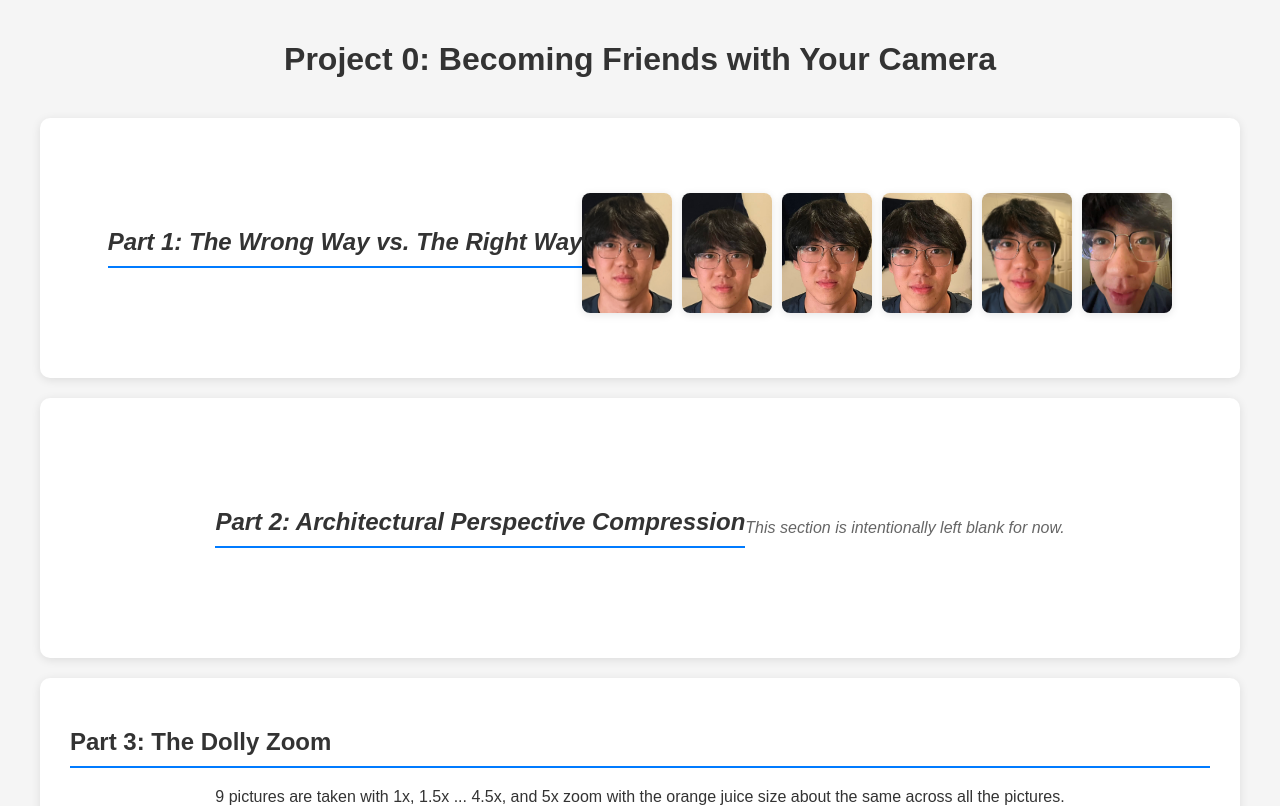
Repository: shuo-yuan/shuo-yuan.github.io
Page: 0/index.html
The author's editor kept a copy of each file at every save. The page is drawn from the files as they stood at one save, then again after a run of saves.
The browser window is 1280 px wide. The pictures show the part of the page from y = 0 to 806 px (the page is 1200 px tall before and 1460 px after).
A picture or video elsewhere on the page could not be fetched, so the positions and the page height are approximate.

Above is the page before, as saved 2025-09-02 02:09:52.

### 0/index.html
<!DOCTYPE html>
<html lang="en">
<head>
    <meta charset="UTF-8">
    <meta name="viewport" content="width=device-width, initial-scale=1.0">
    <title>Project 0: Becoming Friends with Your Camera</title>
    <style>
        body {
            font-family: Arial, sans-serif;
            max-width: 1200px;
            margin: 0 auto;
            padding: 20px;
            background-color: #f5f5f5;
        }

        .part {
            background: white;
            margin: 20px 0;
            padding: 30px;
            border-radius: 10px;
            box-shadow: 0 2px 10px rgba(0,0,0,0.1);
        }

        .part h2 {
            color: #333;
            border-bottom: 2px solid #007bff;
            padding-bottom: 10px;
            margin-bottom: 20px;
        }

        .part1, .part2 {
            min-height: 200px;
            display: flex;
            align-items: center;
            justify-content: center;
            color: #666;
            font-style: italic;
        }

        .gif-container {
            text-align: center;
        }

        .gif-container img {
            max-width: 60%;
            height: auto;
            border-radius: 8px;
            box-shadow: 0 4px 15px rgba(0,0,0,0.2);
        }

        .gif-container p {
            margin-top: 15px;
            color: #666;
            font-size: 14px;
        }

        .selfie-row {
            display: flex;
            justify-content: center;
            align-items: center;
            gap: 10px;
            margin: 30px 0 20px 0;
            flex-wrap: wrap;
        }

        .selfie-row img {
            max-width: 120px;
            max-height: 120px;
            width: auto;
            height: auto;
            border-radius: 8px;
            box-shadow: 0 2px 8px rgba(0,0,0,0.1);
            object-fit: cover;
        }
    </style>
</head>
<body>
    <h1 style="text-align: center; color: #333; margin-bottom: 40px;">Project 0: Becoming Friends with Your Camera</h1>

    <div class="part part1">
        <h2>Part 1: The Wrong Way vs. The Right Way</h2>
        <div class="selfie-row">
            <img src="media/selfie_5.jpg" alt="Selfie 5x">
            <img src="media/selfie_4.jpg" alt="Selfie 4x">
            <img src="media/selfie_3.jpg" alt="Selfie 3x">
            <img src="media/selfie_2.jpg" alt="Selfie 2x">
            <img src="media/selfie_1.jpg" alt="Selfie 1x">
            <img src="media/selfie_05.jpg" alt="Selfie 0.5x">
        </div>
    </div>

    <div class="part part2">
        <h2>Part 2: Architectural Perspective Compression</h2>
        <div class="part2">
            <p>This section is intentionally left blank for now.</p>
        </div>
    </div>

    <div class="part part3">
        <h2>Part 3: The Dolly Zoom</h2>
        <p style="text-align: center; margin-bottom: 20px; color: #333; font-size: 16px;">9 pictures are taken with 1x, 1.5x ... 4.5x, and 5x zoom with the orange juice size about the same across all the pictures.</p>
        <div class="gif-container">
            <img src="../0/media/recurring_animation.gif" alt="Recurring Animation GIF" onerror="this.style.display='none'; this.nextElementSibling.style.display='block';">
        </div>
    </div>
</body>
</html>

After the next 2 saves:
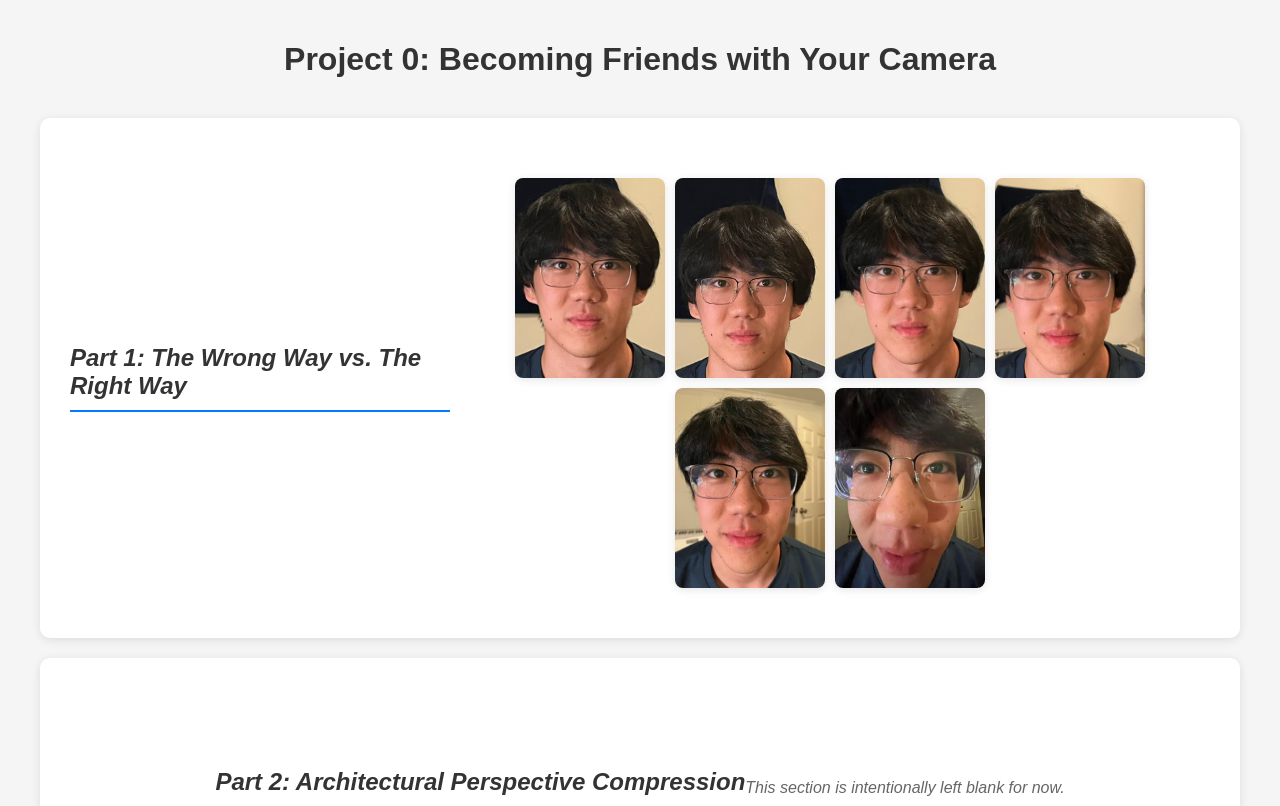
The 2 saves are shown as one change because they came seconds apart.
The last was saved 47 s later.
--- a/0/index.html
+++ b/0/index.html
@@ -64,8 +64,8 @@
         }
 
         .selfie-row img {
-            max-width: 120px;
-            max-height: 120px;
+            max-width: 200px;
+            max-height: 200px;
             width: auto;
             height: auto;
             border-radius: 8px;
